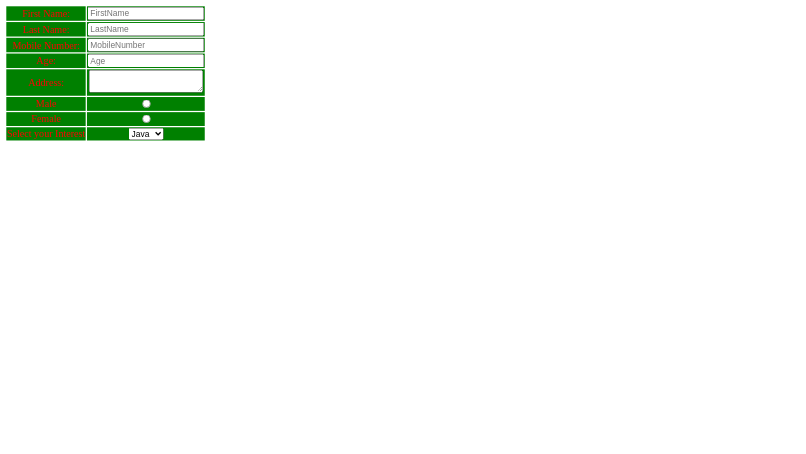
Repository: Ganesh281996/Ganesh
Page: BasicHtml/WebContent/Login.html
These files come from the project's save history. The page is drawn as it stood at one moment and after the next save; the edit follows.
The browser window is 1280 px wide. The pictures show the whole page, at 63% of full size.

Above is the page before, as saved 2018-03-27 12:29:42.
Console error: SyntaxError: Unexpected token ')'

### BasicHtml/WebContent/Login.html
<!DOCTYPE html>
<html>
<head>
<meta charset="UTF-8">
<title>Nothing to See</title>
<style>
tr {
	background-color: green;
}
table
{
border: 20px;
align: right;
}
td {
	text-align: center;
	color: red;
}
</style>
</head>
<body>
	<script type="text/javascript">
function validate()
{
	var firstName=document.getElementById("FirstName");
	var lastName=document.getElementById("LastName");
	var mobile=document.getElementById("MobileNumber");
	var age=document.getElementById("Age");
	var address=document.getElementById("Address");

	if()
}
</script>

	<form action="return validate()" >
		<table>
			<tr>
				<td>First Name:</td>
				<td><input id="FirstName" placeholder="FirstName"></td>
			</tr>
			<tr>
				<td>Last Name:</td>
				<td><input id="LastName" placeholder="LastName"></td>
			</tr>
			<tr>
				<td>Mobile Number:</td>
				<td><input id="Mobile" placeholder="MobileNumber"></td>
			</tr>
			<tr>
				<td>Age:</td>
				<td><input id="Age" placeholder="Age"></td>
			</tr>
			<tr>
				<td>Address:</td>
				<td><textarea id="Address" placeholder="Address">  </textarea></td>
			</tr>
			<tr>
				<td>Male</td>
				<td><input type="radio" name="Gender" value="Male"></td>
			</tr>
			<tr>
				<td>Female</td>
				<td><input type="radio" name="Gender" value="Female"></td>
			</tr>
			<tr>
				<td>Select your Interest</td>
				<td><select>
						<option value="Java">Java</option>
						<option value=".Net">.Net</option>
						<option value="C++">C++</option>
						<option value="Mean">Mean</option>
				</select></td>
			</tr>
		</table>
	</form>
</body>
</html>

After the next save:
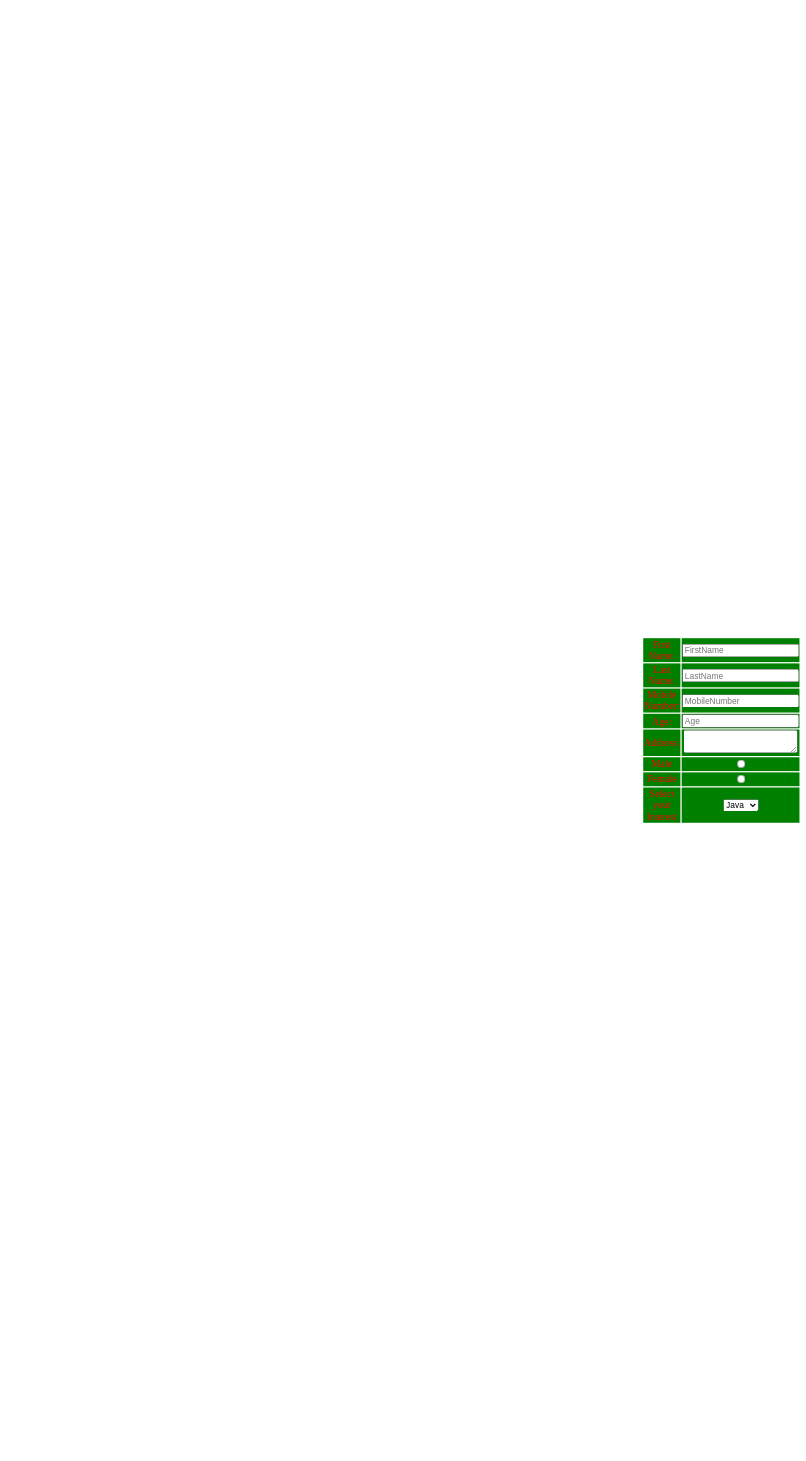
Saved 99 s later.
--- a/BasicHtml/WebContent/Login.html
+++ b/BasicHtml/WebContent/Login.html
@@ -11,6 +11,7 @@ table
 {
 border: 20px;
 align: right;
+margin: 80%;
 }
 td {
 	text-align: center;
